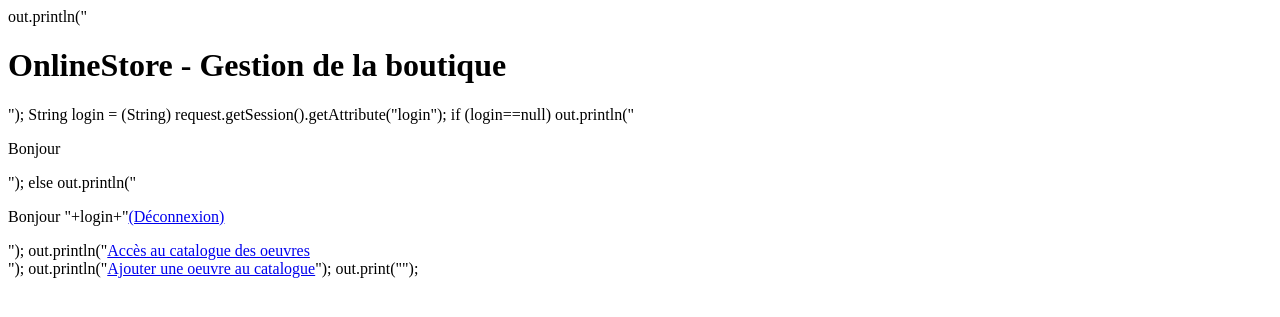
Repository: Fabff/javaWebService
Page: http://localhost/backoffice-frontend/home.jsp
The author's editor kept a copy of each file at every save. The page is drawn from the files as they stood at one save, then again after the next save.
The browser window is 1280 px wide. The pictures show the whole page.
The page is served by Tomcat 9.

Above is the page before, as saved 2023-04-22 18:01:29.

After the next save:
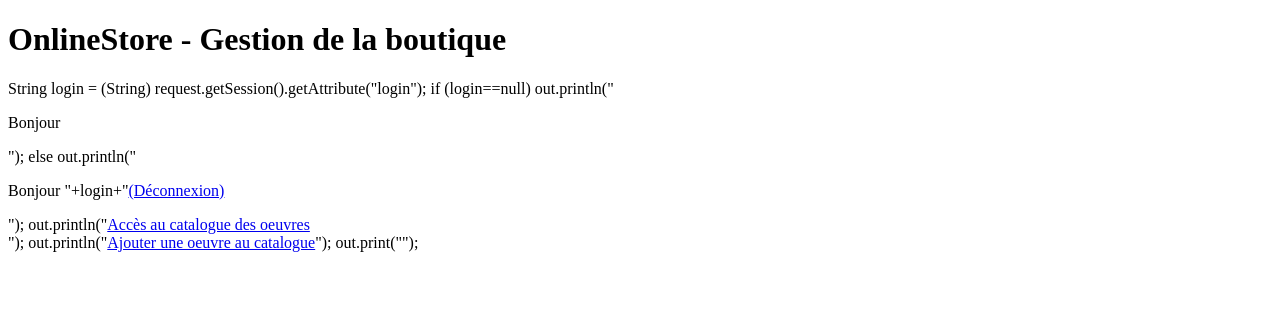
Saved 6 s later.
--- a/backoffice-frontend/src/main/webapp/home.jsp
+++ b/backoffice-frontend/src/main/webapp/home.jsp
@@ -7,7 +7,7 @@
 <title>Insert title here</title>
 </head>
 <body>
-		out.println("<h1>OnlineStore - Gestion de la boutique </h1>");
+		<h1>OnlineStore - Gestion de la boutique </h1>
 		String login = (String) request.getSession().getAttribute("login");
 
 		if (login==null)
